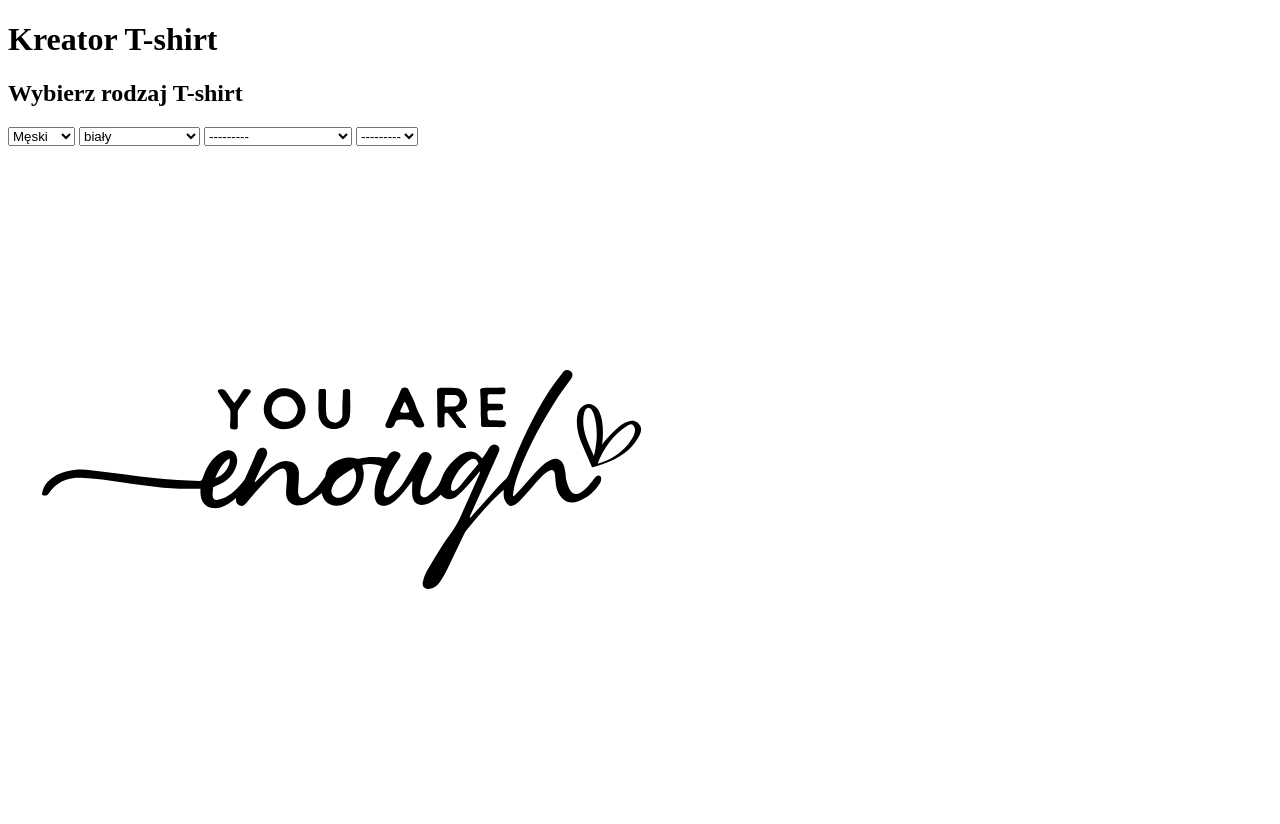
Repository: artek313/clothes
Page: index.html
The author's editor kept a copy of each file at every save. The page is drawn from the files as they stood at one save, then again after the next save.
The browser window is 1280 px wide. The pictures show the whole page.

Above is the page before, as saved 2024-04-29 15:32:10.

### index.html
<!DOCTYPE html>
<html lang="en">

<head>
    <meta charset="UTF-8">
    <meta name="viewport" content="width=device-width, initial-scale=1.0">
    <title>Document</title>

    <link rel="stylesheet" href="style.css">

    <script src="script.js"></script>

</head>

<body>
    <h1>Kreator T-shirt</h1>
    <h2>Wybierz rodzaj T-shirt</h2>
    <select name="kind" id="kindTshirt">
        <option value="men">Męski</option>
        <option value="women">Damski</option>
    </select>
    <select name="color" id="colorTshirt">
        <option value="white">biały</option>
        <option value="black">czarny</option>
        <option value="red">czerwony</option>
        <option value="bottleGreen">butelkowa zieleń</option>
        <option value="blue">niebieski</option>
        <option value="navyBlue">granatowy</option>
    </select>
    <select name="overPrintName" id="overPrintName">
        <option value="">---------</option>
        <option value="adventure_of_your_life">Adventure of your life</option>
    </select>
    <select name="overPrintColor" id="overPrintColor">
        <option value="">---------</option>
        <option value="red">#f00</option>
        <option value="purple">#f0F</option>
    </select>


    <div class="tshirtBox">
        <div class="tshirtMockup">

        </div>
        <object class="overprint" data="img/men/overprints/1.svg" type="image/svg+xml"></object>




    </div>





</body>

</html>

### style.css
.tshirtBox {
	position: relative;
}

.tshirtMockup {
	width: 50%;
	position: absolute;
	top: 0;
	left: 0;
	right: 0;
	bottom: 0;
}

.tshirtMockup_color {
	width: 100%;
}

.tshirtMockup_overprint {
	width: 30%;
	position: absolute;
	top: 20%;
	left: 50%;
	transform: translateX(-50%);
}

.tshirtMockup img {
	width: 100%;
}

.overprint {
	pos
}

### script.js
'use strict'

document.addEventListener('DOMContentLoaded', function () {
	init()
})

function init() {
	const kindTshirtSelect = document.querySelector('#kindTshirt')
	const colorTshirtSelect = document.querySelector('#colorTshirt')
	const tshirtBox = document.querySelector('.tshirtBox')
	const overPrintNameSelect = document.querySelector('#overPrintName')
	const overPrintColorSelect = document.querySelector('#overPrintColor')
	const tshirtMockup = document.querySelector('.tshirtMockup')

	const overprint = document.getElementById('overprint')

	let kindTshirt = 'men'
	let colorTshirt = ''

	console.log(overprint)

	// overprint.addEventListener('load', function (e) {
	// 	console.dir(e)
	// 	console.log(overprint.contentDocument)
	// 	console.log(overprint.contentDocument.querySelector('svg'))
	// 	overprint.contentDocument.querySelector('svg').style.fill = '#00f'
	// })

	console.log(colorTshirtSelect)

	kindTshirtSelect.addEventListener('change', function (e) {
		kindTshirt = e.target.value
	})

	colorTshirtSelect.addEventListener('change', function (e) {
		colorTshirt = e.target.value
		const mockupImg = document.createElement('img')
		mockupImg.setAttribute('src', `img/${kindTshirt}/mockupColors/${colorTshirt}.png`)
		tshirtMockup.innerHTML = null
		tshirtMockup.appendChild(mockupImg)
	})

	overPrintColorSelect.addEventListener('change', function (e) {
		console.log(e.target.value)
		const colorOverPrint = e.target.value
		overprint.contentDocument.querySelector('svg').style.fill = colorOverPrint
	})

	// document.getElementById('inputfile').addEventListener('change', function (e) {
	// 	console.dir(document.getElementById('inputfile'))
	// 	console.log(e)
	// 	let fr = new FileReader()
	// 	fr.readAsText(file)

	// 	console.log(fr)
	// 	fr.onload = function () {
	// 		document.getElementById('output').textContent = fr.result
	// 	}

	// 	fr.readAsBinaryString(this.files[0])
	// })

	// overprint.addEventListener(
	// 	'load',
	// 	function (e) {
	// 		const svgObj = overprint.contentDocument
	// 		if (svgObj) {
	// 			console.log(svgObj.querySelector('svg'))
	// 		}
	// 	},
	// 	false
	// )
	// overPrintNameSelect.addEventListener('change', function (e) {
	// 	let svgObject = document.querySelector('#path3443')
	// 	console.log(overprint)
	// 	document.querySelectorAll('#path1096')

	// 	if (svgObject) {
	// 		console.log(svgObject)
	// 		let svgDocObject = svgObject.innerHTML

	// 		console.log(svgDocObject)
	// 	}
	// })
}

After the next save:
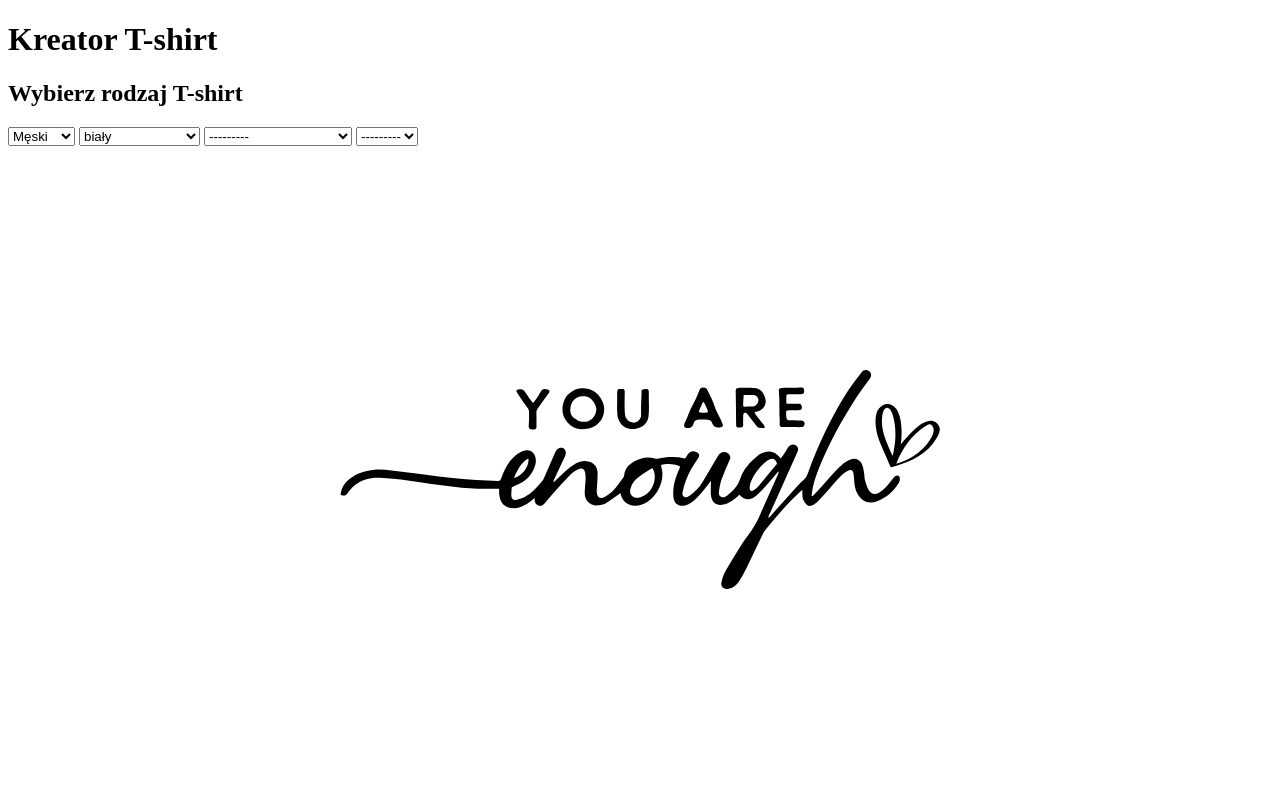
Saved 29 s later.
--- a/style.css
+++ b/style.css
@@ -28,5 +28,8 @@
 }
 
 .overprint {
-	pos
+	position: absolute;
+	top: 20%;
+	left: 50%;
+	transform: translateX(-50%);
 }
